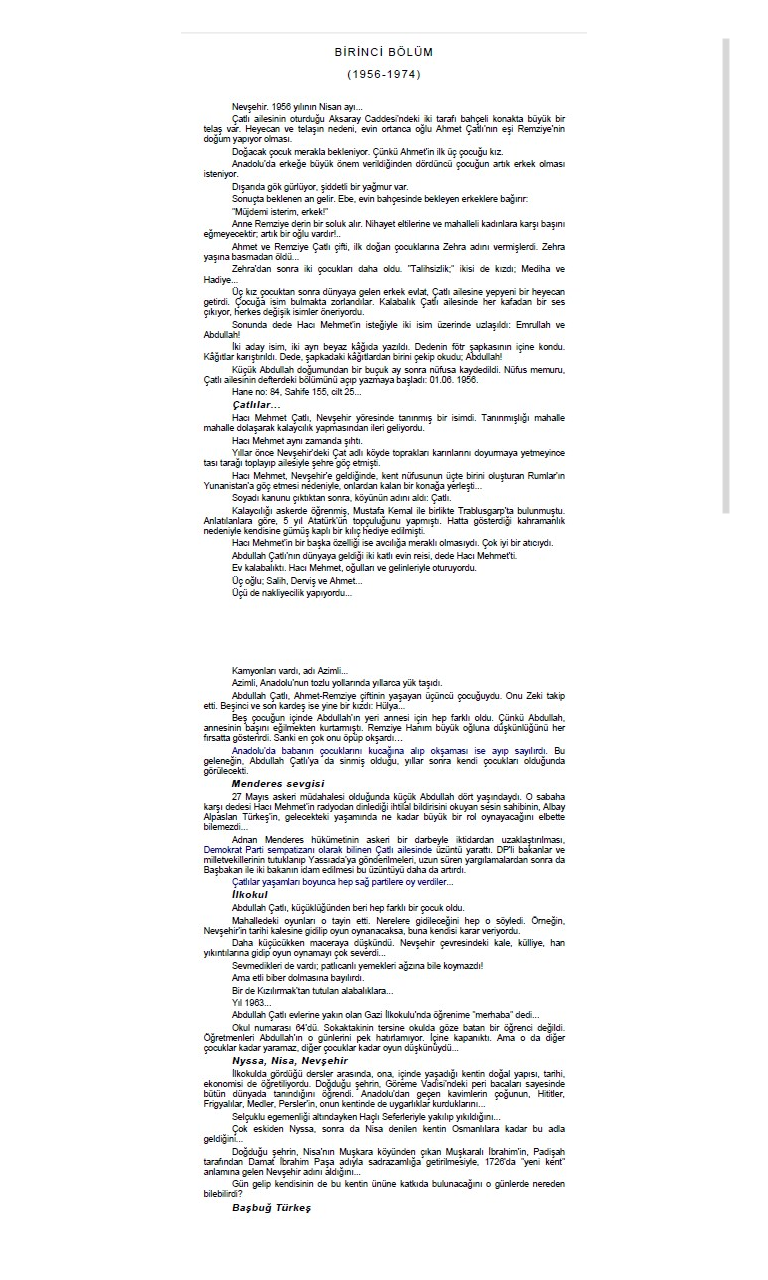
Repository: vitaabb/learnmixer
Layout: LearnMixer 4.05.2015/LearnMixer/res/layout/activity_pdf_activity.xml
An editor plug-in stored every save of this project. The layout is shown before and after the next save, followed by the edit.
It is drawn on a 768 x 1280 px phone screen (xhdpi) without system bars, with theme AppTheme; the app's code is not run.

Above is the layout before, as saved 2015-05-06 11:22:17.

### LearnMixer 4.05.2015/LearnMixer/res/layout/activity_pdf_activity.xml
<LinearLayout xmlns:android="http://schemas.android.com/apk/res/android"
    xmlns:tools="http://schemas.android.com/tools" android:layout_width="match_parent"
    android:layout_height="match_parent" android:paddingLeft="@dimen/activity_horizontal_margin"
    android:paddingRight="@dimen/activity_horizontal_margin"
    android:paddingTop="@dimen/activity_vertical_margin"
    android:paddingBottom="@dimen/activity_vertical_margin"
    android:orientation="vertical"
    tools:context="com.kvitochka.myviewer.pdf_activity"
    android:background="@color/white">

    <ScrollView
        android:layout_width="fill_parent"
        android:layout_height="wrap_content"
        android:id="@+id/scrollView">


        <LinearLayout
            android:orientation="vertical"
            android:layout_width="fill_parent"
            android:layout_height="wrap_content">

            <FrameLayout
                android:layout_width="fill_parent"
                android:layout_height="wrap_content">

                <ImageView
                    android:layout_width="wrap_content"
                    android:layout_height="wrap_content"
                    android:id="@+id/imageView"
                    android:src="@drawable/puppy_01"
                    android:layout_gravity="center" />
            </FrameLayout>

            <ImageView
                android:layout_width="10dp"
                android:layout_height="10dp"
                android:id="@+id/imageView6"
                />

            <FrameLayout
                android:layout_width="fill_parent"
                android:layout_height="fill_parent">

                <ImageView
                    android:layout_width="wrap_content"
                    android:layout_height="wrap_content"
                    android:id="@+id/imageView2"
                    android:src="@drawable/puppy_02"
                    android:layout_gravity="center" />
            </FrameLayout>

            <ImageView
                android:layout_width="wrap_content"
                android:layout_height="10dp"
                android:id="@+id/imageView7" />

            <FrameLayout
                android:layout_width="fill_parent"
                android:layout_height="fill_parent">

                <ImageView
                    android:layout_width="wrap_content"
                    android:layout_height="wrap_content"
                    android:id="@+id/imageView3"
                    android:src="@drawable/puppy_03"
                    android:layout_gravity="center" />
            </FrameLayout>

            <ImageView
                android:layout_width="wrap_content"
                android:layout_height="10dp"
                android:id="@+id/imageView8" />

            <FrameLayout
                android:layout_width="fill_parent"
                android:layout_height="fill_parent">

                <ImageView
                    android:layout_width="wrap_content"
                    android:layout_height="wrap_content"
                    android:id="@+id/imageView4"
                    android:src="@drawable/puppy_04"
                    android:layout_gravity="center" />
            </FrameLayout>

            <ImageView
                android:layout_width="wrap_content"
                android:layout_height="10dp"
                android:id="@+id/imageView9" />

            <FrameLayout
                android:layout_width="fill_parent"
                android:layout_height="fill_parent">

                <ImageView
                    android:layout_width="wrap_content"
                    android:layout_height="wrap_content"
                    android:id="@+id/imageView5"
                    android:src="@drawable/puppy_05"
                    android:layout_gravity="center_horizontal|top" />
            </FrameLayout>

            <ImageView
                android:layout_width="match_parent"
                android:layout_height="0dp"
                android:layout_weight="1"
                android:scaleType="fitCenter"
                android:id="@+id/img" />

            <LinearLayout
                android:orientation="horizontal"
                android:layout_width="match_parent"
                android:layout_height="wrap_content">



                </LinearLayout>

        </LinearLayout>
    </ScrollView>


</LinearLayout>

### LearnMixer 4.05.2015/LearnMixer/res/values/color.xml
<?xml version="1.0" encoding="utf-8"?>
<resources>

    <color name="white">#ffffff</color>
    <color name="done">#D9D9DB</color>
    <color name="actionbar">#513252</color>
    <color name="red">#c90000</color>
    <color name="yellowapp">#d5e13f</color>
    <color name="chatboxcontainer">#b5b5b5</color>
    <color name="black">#000000</color>
    <color name="blue">#0645AD</color>
    <color name="grey">#cccccc</color>
    <color name="hint_color">#808080</color>
    <color name="signinscreenfont">#464646</color>
    <color name="olive">#808000</color>
    <color name="profilebanner">#f9ddfa</color>
    <color name="bright_foreground_material_dark">#f9ddfa</color>
    <color name="dark_green">#092a56</color>
    <color name="heading_color">#f0f0f0</color>
    <color name="field_color">#020b4d</color>
    <color name="value_color">#464646</color>
    <color name="trans">#00000000</color>
    <color name="light_black">#4f6c90</color>
    <color name="navy_blue">#000080 </color>
    <color name="pop_up">#020b4d </color>
    <color name="setting_heading">#00585a </color>
    <color name="edit_text">#020b4d </color>
    <color name="hding_clor">#b60000</color>
    <color name="hint_clor">#8ea2ba </color>
    <color name="richirich">#976b00 </color>
    <color name="superman">#c20000 </color>
    <color name="sneakers">#000000 </color>
    <color name="vip">#020b4d </color>
    <color name="moderator">#04127b </color>
    <color name="bossoftopic">#020b4d </color>
    <color name="richiman">#976b00 </color>
    <color name="chatter">#020b4d </color>
    <color name="newColor">#00585a </color>
    <color name="gradient_start">#d5e13f </color>
    <color name="gradient_middle">#d5e13f </color>
    <color name="gradient_end">#d5e13f </color>

</resources>

Loaded but not shown: LearnMixer 4.05.2015/LearnMixer/res/values/styles.xml (common file); LearnMixer 4.05.2015/LearnMixer/res/values-v11/styles.xml (common file); LearnMixer 4.05.2015/LearnMixer/res/values-v14/styles.xml (common file); LearnMixer 4.05.2015/LearnMixer/res/values-w820dp/dimens.xml (common file); LearnMixer 4.05.2015/LearnMixer/res/values/dimens.xml (common file)

After the next save:
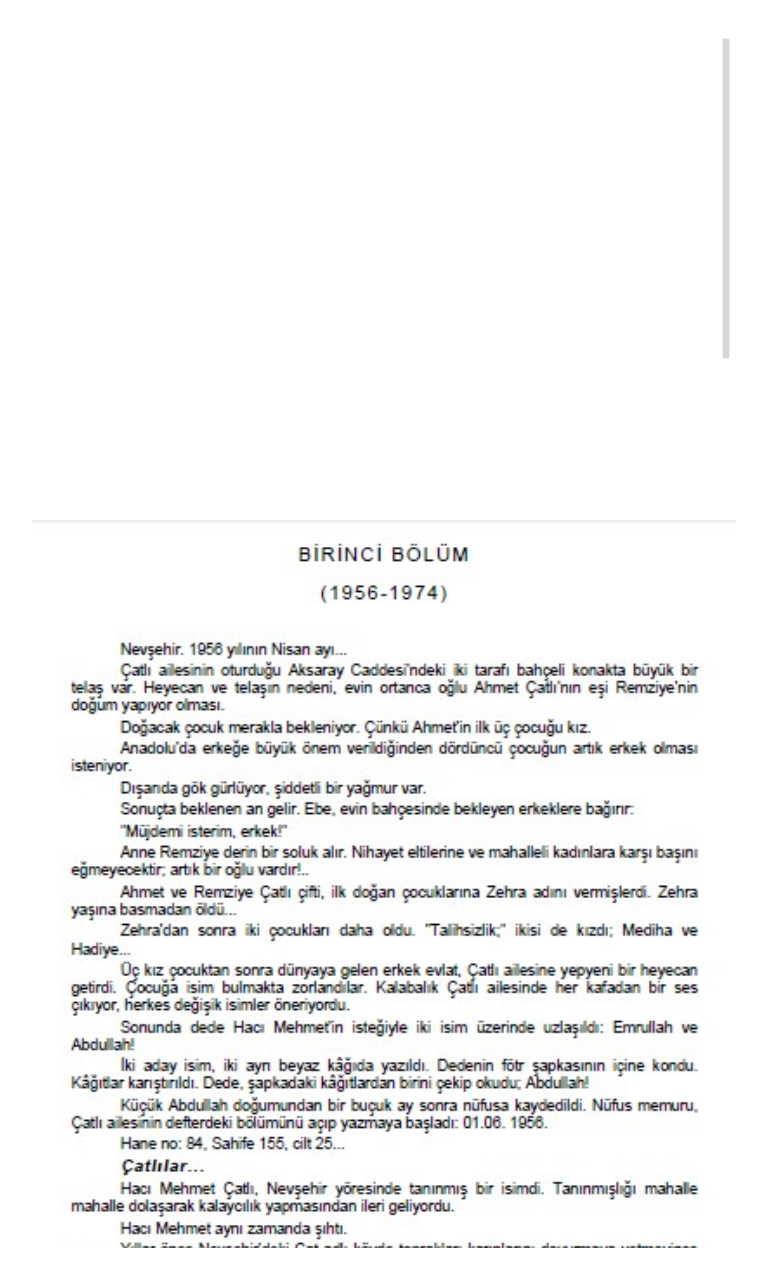
Saved 2 min 6 s later.
--- a/LearnMixer 4.05.2015/LearnMixer/res/layout/activity_pdf_activity.xml
+++ b/LearnMixer 4.05.2015/LearnMixer/res/layout/activity_pdf_activity.xml
@@ -21,14 +21,15 @@
 
             <FrameLayout
                 android:layout_width="fill_parent"
-                android:layout_height="wrap_content">
+                android:layout_height="1000dp">
 
                 <ImageView
-                    android:layout_width="wrap_content"
-                    android:layout_height="wrap_content"
                     android:id="@+id/imageView"
-                    android:src="@drawable/puppy_01"
-                    android:layout_gravity="center" />
+                    android:layout_width="fill_parent"
+                    android:layout_height="719dp"
+                    android:layout_gravity="center"
+                    android:src="@drawable/puppy_01" />
+
             </FrameLayout>
 
             <ImageView
